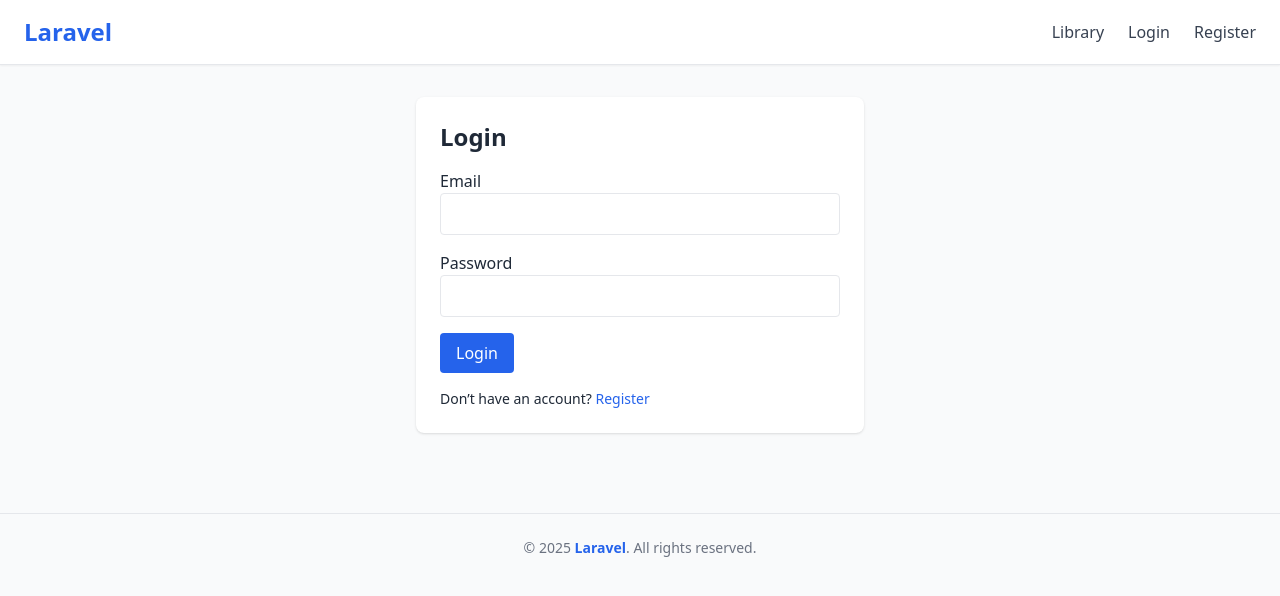
Repository: daffa-alif/lomba-NeuroGamy
Page: http://localhost/login
The author's editor kept a copy of each file at every save. The page is drawn from the files as they stood at one save, then again after the next save.
The browser window is 1280 px wide. The pictures show the whole page.
Some web libraries are served in a nearby version. The page is served by the project's Laravel application, run on PHP 8.4 with Laravel 12. Other server files are loaded and not shown.

Above is the page before, as saved 2025-10-02 22:28:58.

### routes/web.php
<?php

use Illuminate\Support\Facades\Route;
use Illuminate\Support\Facades\Storage;
use App\Http\Controllers\{AiController, AuthController, BookController, UserController, BookClassificationController, LibraryController, ReadingController, ScoreLogsController, QuizController, ProfileController};
use App\Models\Book;

Route::get('/', function () {
    return view('welcome');
});

Route::get('/library', [LibraryController::class, 'index'])->name('library.index');
Route::get('/library/book/{id}', [LibraryController::class, 'show'])->name('library.show');
Route::get('/library/download/{id}', [LibraryController::class, 'download'])->name('library.download');

// AJAX routes
Route::get('/api/books-by-category', [LibraryController::class, 'getBooksByCategory']);
Route::get('/api/categories', [LibraryController::class, 'getCategories']);

Route::get('/login', [AuthController::class, 'viewLogin'])->name('login');
Route::post('/login', [AuthController::class, 'login']);

Route::get('/register', [AuthController::class, 'viewRegister'])->name('register');
Route::post('/register', [AuthController::class, 'register']);

Route::post('/logout', [AuthController::class, 'logout'])->name('logout');

Route::post('/ai/generate', [AiController::class, 'generate'])->name('ai.generate');



// Admin routes
Route::middleware(['auth', 'admin'])->prefix('admin')->group(function () {
    Route::get('/dashboard', function () {
        return view('Admin.dashboard');
    })->name('admin.dashboard');

 Route::get('/users', [UserController::class, 'index'])
        ->name('users.index');

  Route::get('/dashboard', fn() => view('Admin.dashboard'))->name('admin.dashboard');

  Route::get('/users', [UserController::class, 'index'])->name('users.index');

  Route::resource('classifications', BookClassificationController::class);
  Route::resource('books', \App\Http\Controllers\BookController::class);

});

Route::get('/books/file/{filename}', function ($filename) {
    $path = storage_path('app/private/public/books/' . $filename);

    if (!file_exists($path)) {
        abort(404);
    }

    return response()->file($path);
})->name('books.file')->middleware(['auth', 'admin']);


Route::get('/reading/file/{id}', function ($id) {
    $book = App\Models\Book::findOrFail($id);

    $path = $book->file_name; // contoh: "books/1758301447_1000133087.pdf"

    if (!Storage::disk('private')->exists($path)) {
        abort(404, "File not found: {$path}");
    }

    return response()->file(Storage::disk('private')->path($path));
})->name('reading.file');


Route::middleware(['auth'])->group(function () {
    Route::get('/reading/file/{id}', function ($id) {
        $book = Book::findOrFail($id);

        $path = $book->file_name;

        if (!Storage::disk('private')->exists($path)) {
            abort(404);
        }

        return response()->file(Storage::disk('private')->path($path));
    })->name('reading.file');
    Route::get('/reading/{book}', [ReadingController::class, 'index'])->name('reading.index');
    Route::post('/reading/{book}/summarize', [ReadingController::class, 'summarize'])->name('reading.summarize');
    Route::post('/scorelogs', [ScoreLogsController::class, 'store'])->name('scorelogs.store');

Route::get('/quiz/confirmation/{book}/{pages?}', [QuizController::class, 'Confirmation'])
    ->name('Confirmation');

// Halaman quiz
Route::get('/quiz', [QuizController::class, 'index'])
    ->name('quiz.index');

// Submit jawaban quiz
Route::post('/quiz/submit', [QuizController::class, 'submit'])
    ->name('quiz.submit');

    Route::get('/quiz/end', function () {
    return view('end');
})->name('quiz.end');

    Route::get('/profile', [ProfileController::class, 'index'])->name('profile.index');
      Route::get('/profile', [App\Http\Controllers\ProfileController::class, 'index'])->name('profile.index');
    Route::get('/profile/edit', [App\Http\Controllers\ProfileController::class, 'edit'])->name('profile.edit');
    Route::post('/profile/update', [App\Http\Controllers\ProfileController::class, 'update'])->name('profile.update');
});

### app/Http/Controllers/AuthController.php
<?php

namespace App\Http\Controllers;

use Illuminate\Http\Request;
use Illuminate\Support\Facades\Auth;
use Illuminate\Support\Facades\Hash;
use App\Models\User;

class AuthController extends Controller
{
    public function viewLogin()
    {
        return view('Auth.login');
    }

    public function viewRegister()
    {
        return view('Auth.register');
    }

    public function login(Request $request)
    {
        $credentials = $request->validate([
            'email'    => ['required', 'email'],
            'password' => ['required'],
        ]);

        if (Auth::attempt($credentials)) {
            $request->session()->regenerate();

            $user = Auth::user();

            // ✅ cek role
            if ($user->role === 'admin') {
                return redirect()->intended('/admin/dashboard');
            }

            return redirect()->intended('/library');
        }

        return back()->withErrors([
            'email' => 'Invalid credentials.',
        ])->withInput();
    }

    public function register(Request $request)
    {
        $data = $request->validate([
            'name'     => ['required', 'string', 'max:255'],
            'email'    => ['required', 'email', 'unique:users,email'],
            'password' => ['required', 'min:6', 'confirmed'],
        ]);

        $user = User::create([
            'name'     => $data['name'],
            'email'    => $data['email'],
            'password' => Hash::make($data['password']),
            'role'     => 'user', // default role
        ]);

        Auth::login($user);

        return redirect('/chatbot');
    }

    public function logout(Request $request)
    {
        Auth::logout();
        $request->session()->invalidate();
        $request->session()->regenerateToken();

        return redirect('/login');
    }
}

### resources/views/Auth/login.blade.php
@extends('layouts.app')

@section('content')
<div class="max-w-md mx-auto bg-white p-6 rounded-lg shadow">
    <h2 class="text-2xl font-bold mb-4">Login</h2>

    <form method="POST" action="{{ route('login') }}">
        @csrf
        <div class="mb-4">
            <label class="block">Email</label>
            <input type="email" name="email" value="{{ old('email') }}"
                   class="w-full border rounded px-3 py-2" required>
            @error('email') <p class="text-red-500 text-sm">{{ $message }}</p> @enderror
        </div>

        <div class="mb-4">
            <label class="block">Password</label>
            <input type="password" name="password" class="w-full border rounded px-3 py-2" required>
            @error('password') <p class="text-red-500 text-sm">{{ $message }}</p> @enderror
        </div>

        <button type="submit" class="bg-blue-600 text-white px-4 py-2 rounded">
            Login
        </button>
    </form>

    <p class="mt-4 text-sm">
        Don’t have an account?
        <a href="{{ route('register') }}" class="text-blue-600">Register</a>
    </p>
</div>
@endsection

### resources/views/layouts/app.blade.php
<!DOCTYPE html>
<html lang="{{ str_replace('_', '-', app()->getLocale()) }}">
<head>
    <meta charset="utf-8">
    <meta name="viewport" content="width=device-width, initial-scale=1">

    <title>{{ config('app.name', 'Neurogamy') }}</title>

    <!-- TailwindCSS via CDN -->
    <script src="https://cdn.tailwindcss.com"></script>

    <!-- CSRF Token for JS fetch -->
    <meta name="csrf-token" content="{{ csrf_token() }}">
</head>
<body class="antialiased bg-gray-50 text-gray-800 font-sans">

    <!-- Navbar -->
    <nav class="bg-white border-b border-gray-200 shadow-sm">
        <div class="max-w-7xl mx-auto px-6 py-4 flex justify-between items-center">
            <!-- Logo -->
            <a href="{{ url('/') }}" class="text-2xl font-bold text-blue-600 hover:text-blue-700 transition">
                {{ config('app.name', 'Laravel Chatbot') }}
            </a>

            <!-- Menu -->
            <div class="flex items-center space-x-6">
                <a href="{{ url('/library') }}" class="text-gray-700 hover:text-blue-600 transition">Library</a>

                @auth
                <!-- Profile -->
                <div class="flex items-center space-x-3">
                    <!-- Avatar -->
                    <a href="{{ route('profile.index') }}" class="w-9 h-9 rounded-full overflow-hidden border border-gray-300">
                        @if(Auth::user()->profile_image)
                            <img src="{{ asset('storage/' . Auth::user()->profile_image) }}"
                                 alt="Profile" class="w-full h-full object-cover">
                        @else
                            <img src="https://ui-avatars.com/api/?name={{ urlencode(Auth::user()->name) }}&background=random"
                                 alt="Profile" class="w-full h-full object-cover">
                        @endif
                    </a>

                    <!-- Username -->
                    <a href="{{ route('profile.index') }}"
                       class="text-sm font-medium text-gray-800 hover:text-blue-600 transition">
                        {{ Auth::user()->name }}
                    </a>

                    <!-- Logout -->
                    <form action="{{ route('logout') }}" method="POST" class="ml-2">
                        @csrf
                        <button type="submit"
                                class="px-3 py-1 text-xs text-red-600 border border-red-300 rounded hover:bg-red-50 transition">
                            Logout
                        </button>
                    </form>
                </div>
                @else
                    <a href="{{ url('/login') }}" class="text-gray-700 hover:text-blue-600 transition">Login</a>
                    <a href="{{ url('/register') }}" class="text-gray-700 hover:text-blue-600 transition">Register</a>
                @endauth
            </div>
        </div>
    </nav>

    <!-- Main Content -->
    <main class="max-w-7xl mx-auto px-6 py-8">
        @yield('content')
    </main>

    <!-- Footer -->
    <footer class="mt-12 border-t border-gray-200 py-6 text-center text-gray-500 text-sm">
        &copy; {{ date('Y') }}
        <span class="font-semibold text-blue-600">{{ config('app.name', 'Laravel Chatbot') }}</span>.
        All rights reserved.
    </footer>

</body>
</html>

Loaded but not shown: app/Http/Controllers/Controller.php (common file)

After the next save:
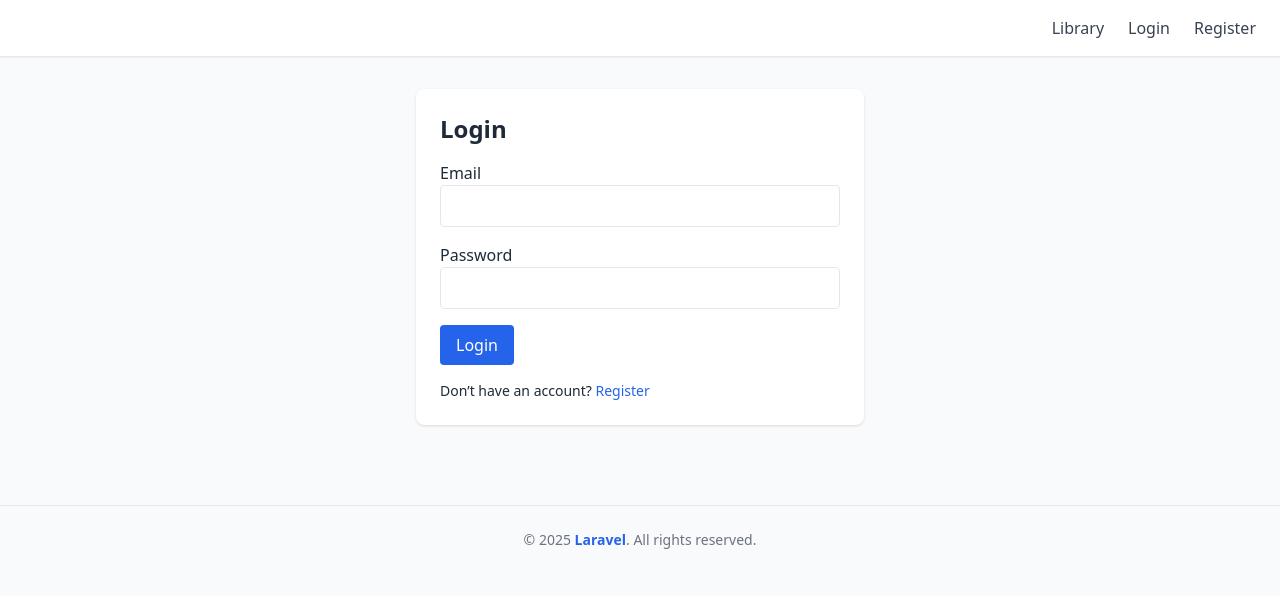
Saved 10 s later.
--- a/resources/views/layouts/app.blade.php
+++ b/resources/views/layouts/app.blade.php
@@ -19,7 +19,7 @@
         <div class="max-w-7xl mx-auto px-6 py-4 flex justify-between items-center">
             <!-- Logo -->
             <a href="{{ url('/') }}" class="text-2xl font-bold text-blue-600 hover:text-blue-700 transition">
-                {{ config('app.name', 'Laravel Chatbot') }}
+
             </a>
 
             <!-- Menu -->
